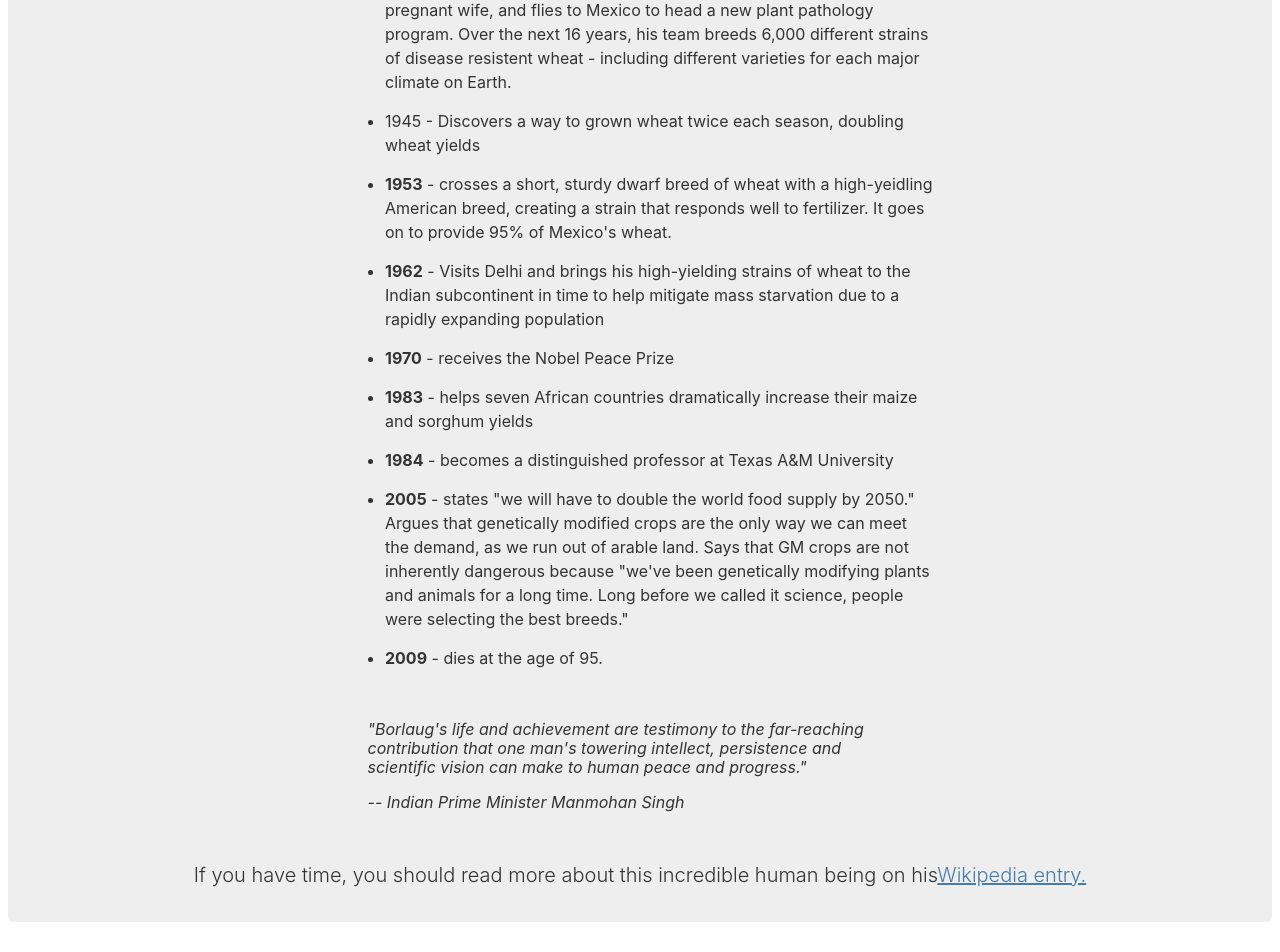
Repository: Lungdjos/tribute-page-certificate
Page: index.html
These files come from the project's save history. The page is drawn as it stood at one moment and after the next save; the edit follows.
The browser window is 1280 px wide. The pictures show the part of the page from y = 1178 to 2130 px (the page is 2130 px tall).
A picture or video elsewhere on the page could not be fetched, so the positions and the page height are approximate.

Above is the page before, as saved 2023-10-30 14:56:15.

After the next save:
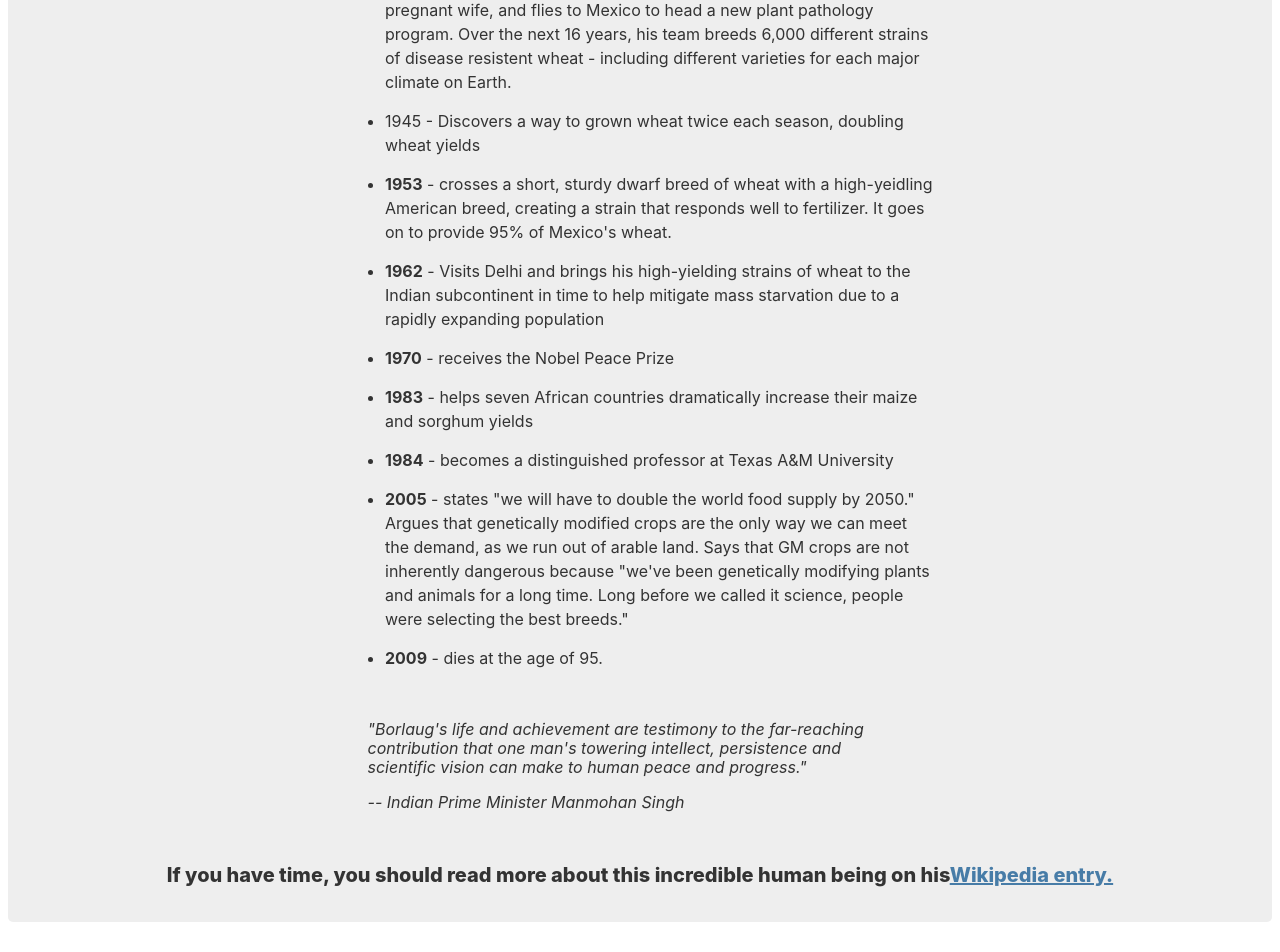
Saved 113 s later.
--- a/styles.css
+++ b/styles.css
@@ -100,5 +100,5 @@
 
     .foot {
         font-size: 20px;
-        font-weight: 300;
+        font-weight: 800;
     }
